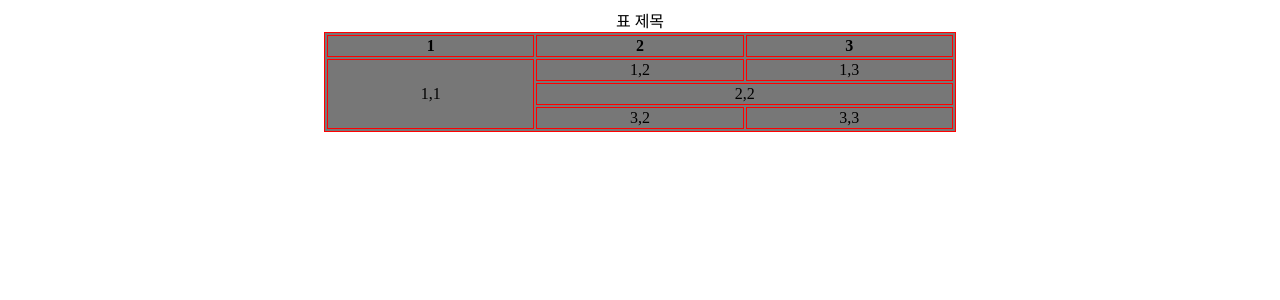
Repository: jjb5442/JSP
Page: 3Day/workspace/02_HTML_tutorial/src/main/webapp/07_Tutorial.html
These files come from the project's save history. The page is drawn as it stood at one moment and after the next save; the edit follows.
The browser window is 1280 px wide. The pictures show the whole page.

Above is the page before, as saved 2022-05-14 02:52:56.

After the next save:
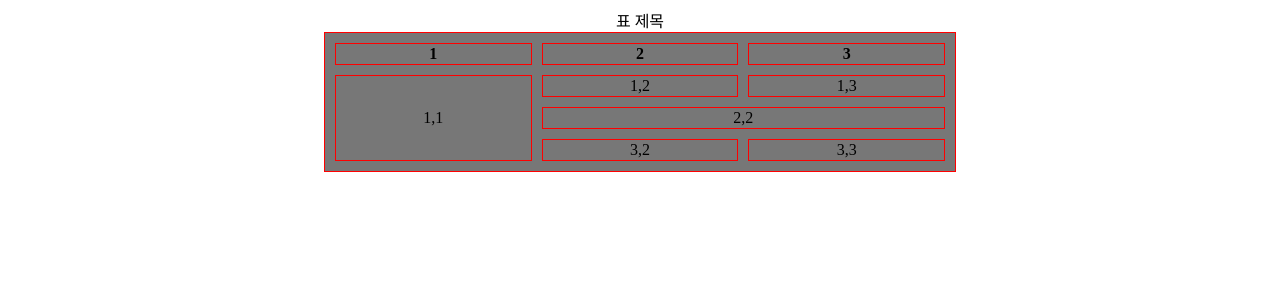
Saved 85 s later.
--- a/3Day/workspace/02_HTML_tutorial/src/main/webapp/07_Tutorial.html
+++ b/3Day/workspace/02_HTML_tutorial/src/main/webapp/07_Tutorial.html
@@ -7,7 +7,7 @@
 <body>
 	<div align="center">
 		<table border="1" width="50%" height="50%" bordercolor="red"
-			bgcolor="#777777"><!-- 표를 출력하는 태그 -->
+			bgcolor="#777777" cellspacing="10"><!-- 표를 출력하는 태그 -->
 			<caption>표 제목</caption><!-- 표 제목 태그 -->
 			<tr><!-- 행을 출력하는 태그 -->
 				<th>1</th><!-- 열 제목 태그 -->
